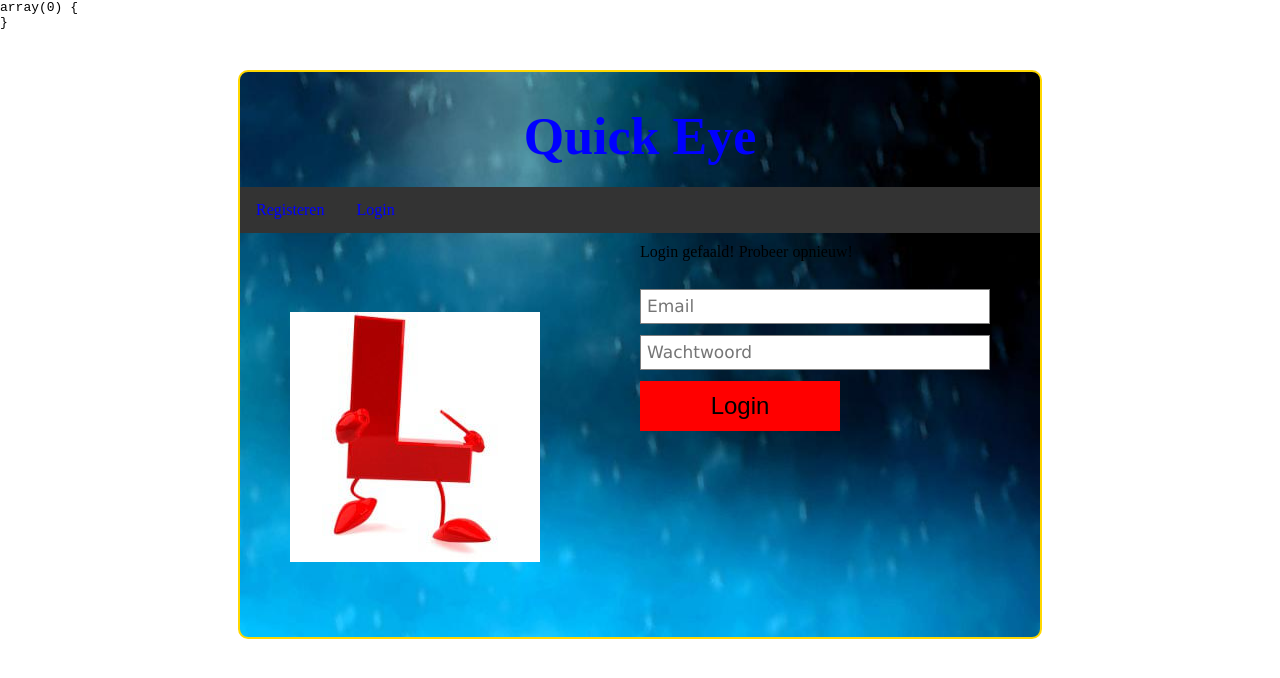
Repository: Julian-4A5A/quickeye
Page: http://localhost/login/Login.php
The author's editor kept a record of every edit. The page is drawn from the files as they stood at one moment, then again after the next edit.
The browser window is 1280 px wide. The pictures show the whole page.
Some web libraries are served in a nearby version. The page is run by PHP 8.4 with error messages shown; the project is at /var/www/html/.

Above is the page before.

### workspace/login/Login.php

<?php
    echo "<pre>";
    var_dump($_POST);
    echo "</pre>";


if(isset($_POST['Login'])) {


    $con = mysqli_connect("localhost", "julianvd000", "", "User");

    $EM = $_POST['Email'];
    $PW = $_POST['Password'];


    $result = $con->query("SELECT * FROM User where Email='$EM'");

    $row = $result->fetch_assoc();

    var_dump($row);





    session_start();

    $_SESSION['Voornaam'] = $row['Fname'];

    header('Location: Account.php');
}
else {

    session_start();
    $_SESSION['LogInFail'] = 'Yes';
}





?>
<!DOCTYPE html>
<html>
    <head>
        <style type="text/css">
            .LeftBody{
                width: 350px;
                float: left;
                height: 400px;
                background-image: url("back2.jpg");
                background-repeat:no-repeat;
                background-position: center;
            }

        </style>
        <link rel="stylesheet" href="Master.css" type="text/css" />
        <link rel="stylesheet" href="Menu.css" type="text/css" />
        <script type="text/javascript" src="http://ajax.googleapis.com/ajax/libs/jquery/1.2.6/jquery.js"></script>
        <title>Login</title>
    </head>
    <body>
        <div class="Container">
            <div class="Header"><h1 class="H1">Quick Eye</h1></div>
            <div class="Menu">
                <nav>
                  <div>
                    <ul>

                      <li><a href="Register.php">Registeren</a></li>
                      <li><a href="Login.php">Login</a></li>
                    </ul>
                  </div>
                </nav>

            </div>
            <div class="LeftBody"></div>
            <div class="RightBody">
                <form action="" method="post" name="Form1" id="Form1">
                    <?php if(isset($_SESSION['LogInFail'])){?>
                     <div class="FormElement">Login gefaald! Probeer opnieuw!</div>
                     <?php }?>
                    <div class="FormElement">
                    <input type="text" name="Email" required="required " class="TField" id="Email" placeholder="Email " />
                    </div>
                    <div class="FormElement">
                    <input type="password" name="Password" required="required " class="TField" id="Password" placeholder="Wachtwoord "/>
                    </div>
                    <div class="FormElement">
                    <input type="submit" type="button" name="Login" value="Login" class="button" id="Login"/>
                    </div>
                </form>
            </div>
            <div class="Footer"></div>



        </div>
    </body>

</html>

### workspace/login/Master.css
body{
    margin:0px;
    padding:0px;
    /*background-image: url("Back.jpg");*/
    background-repeat:no-repeat;
    background-position: center;

}

.Container{
    width: 800px;
    height:auto;
    clear: both;
    overflow: auto;
    margin:40px auto;
    background-color: white;
    border-radius: 10px;
    border: solid 2px #FFD700;
    background-image: url("Background.jpg");
    background-repeat: no-repeat;
    background-position: center;
}
.Header{
    height: 80px;


}
.Menu{
    height: 50px;

}

.RightBody{
    width: 450px;
    float: right;
    height: auto;

}
.FormElement{
    width: 350px;
    margin: 6px auto;
    height: 40px;
}
.TField{
    width: 350px;
    height: 35px;
    border:1px solid gray;
    padding-left:6px ;
    font-family: "Lucida Grande" , "Lucida Sans Unicode", "Lucida Sans", "DejaVu Sans", Verdana, sans-serif;
    font-size:17px;

}
.button{
    width: 200px;
    height: 50px;
    border:0px solid;
    background-color: red;
    font-size: 24px;

}
.button:
    hover{
        background-color: green;
        color:white;
        font-size: 24px;
}
.Footer{
    height: 100px;
}
.H1{
    font-size: 325%;
    color: blue;
    text-align: center;
}

.fileuploadholder {
	width:400px;
	height:200px;
	margin: 60px auto 0px auto;
	background-color:#FFF;
	border:1px solid #CCC;
	padding:6px;
}
#naam{
    width: 90%;
    height: 100px;
    border:solid 1px yellow;
    border-radius: 20px;
    background-color: #FFDFDF;
    margin-left: auto;
    margin-right: auto;
    margin-top: 5px;
    margin-bottom: 2px;
}
#tijd{
    height: 100px;
    width: 90%;
    border:solid 1px yellow;
    border-radius: 20px;
    background-color: #FBFFB3;
    margin-left: auto;
    margin-right: auto;
    margin-top: 5px;
    margin-bottom: 2px;
}
#spel{
    width: 90%;
    height: 700px;
    border:solid 1px yellow;
    border-radius: 20px;
    background-color: #FFF8D4;
    margin-left: auto;
    margin-right: auto;
    margin-top: 5px;
    margin-bottom: 2px;

}

.oefen{
    float: left;
}
.wedstrijd{
    float: left;

}


#quick{
    width:100%;
    height: 100%;
    margin: 5px;
    border:solid 1px black;
}
#spel2{
    border:solid 1px black;
    width:90%;
    height: 90%;

    margin: auto;
}

### workspace/login/Menu.css
ul {
    list-style-type: none;
    margin: 0;
    padding: 0;
    overflow: hidden;
    background-color: #333;
}

li {
    float: left;
}

li a {
    display: block;
    color: blue;
    text-align: center;
    padding: 14px 16px;
    text-decoration: none;
}

li a:hover:not(.active) {
    background-color: #111;
}

.active {
    background-color: blue;
}

After the next edit:
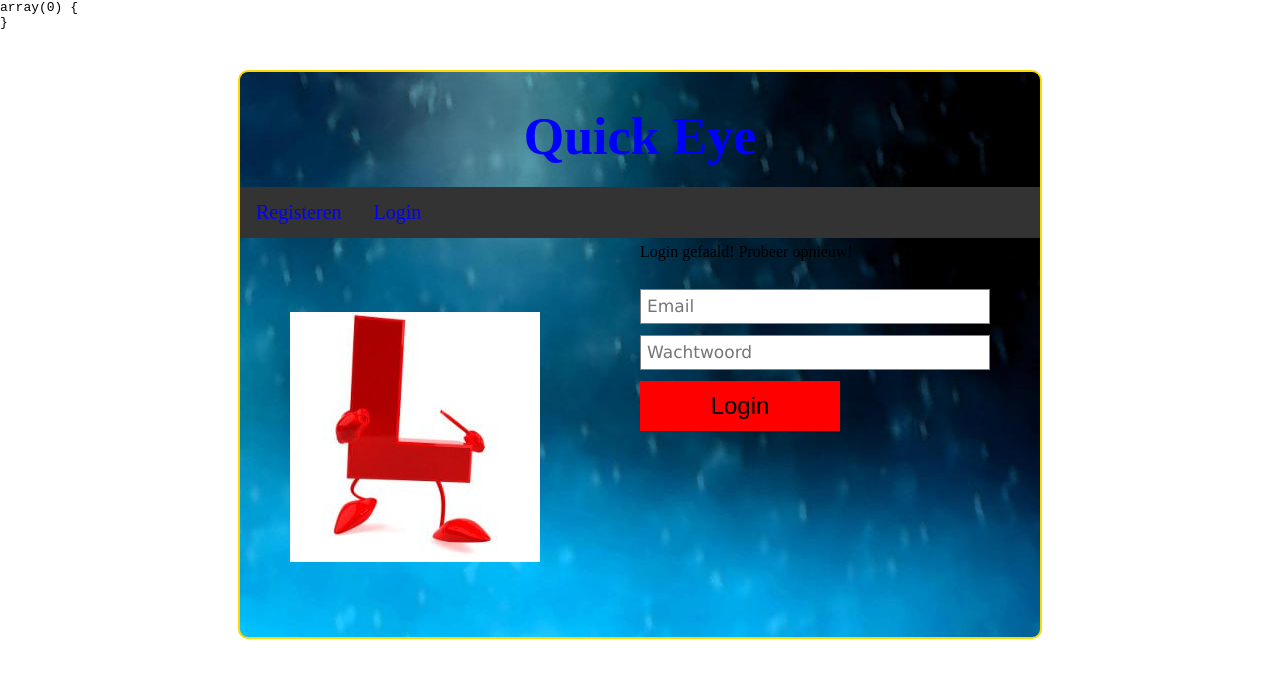
The edit:
--- a/workspace/login/Menu.css
+++ b/workspace/login/Menu.css
@@ -16,6 +16,7 @@
     text-align: center;
     padding: 14px 16px;
     text-decoration: none;
+    font-size: 125%;
 }
 
 li a:hover:not(.active) {
